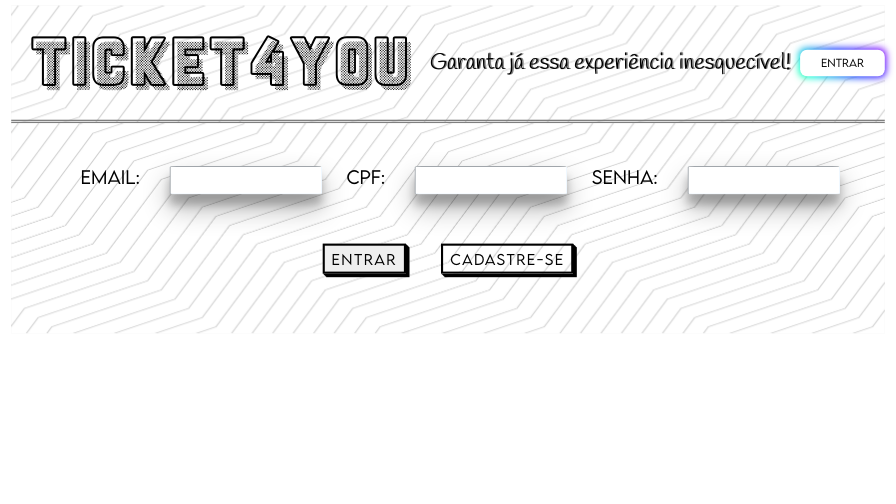
Repository: hellengurgaczz/projeto-DSA
Page: /
An editor plug-in stored every save of this project. The page is shown before and after the next save, followed by the edit.
The browser window is 1280 px wide. The pictures show the whole page, at 70% of full size.
The project was rebuilt for these pictures with package versions that can differ from the ones it lists, and the page was loaded fresh each time. Some packages were replaced by stand-ins written for this rebuild. Also part of the build but not shown: angular.json, src/app/ingressos/templates/cadastrar/cadastrar.component.ts, src/app/models/ingresso.model.ts, src/app/services/ingresso.service.ts, src/app/compra/comprar-ingresso/comprar-ingresso.component.ts, src/app/models/compra.model.ts, src/app/services/compra.service.ts, src/app/ingressos/templates/deletar/deletar.component.ts and 3 more.

Above is the page before, as saved 2022-05-20 11:21:27.

### src/index.html
<!doctype html>
<html lang="en">
<head>
  <meta charset="utf-8">
  <title>ProjetoDSA</title>
  <base href="/">
  <meta name="viewport" content="width=device-width, initial-scale=1">
  <link rel="icon" type="image/x-icon" href="favicon.ico">
</head>
<body>
  <app-root></app-root>
</body>
</html>

### src/app/app.module.ts
import { NgModule } from '@angular/core';
import { BrowserModule } from '@angular/platform-browser';
import { HttpClientModule } from '@angular/common/http';

import { AppRoutingModule } from './app-routing.module';
import { BrowserAnimationsModule } from '@angular/platform-browser/animations';
import { AppComponent } from './app.component';
import { HeaderComponent } from './ingressos/templates/header/header.component';
import { CadastrarComponent } from './ingressos/templates/cadastrar/cadastrar.component';
import { ListarComponent } from './ingressos/templates/listar/listar.component';
import { DeletarComponent } from './ingressos/templates/deletar/deletar.component';
import { EditarComponent } from './ingressos/templates/editar/editar.component';

// imports angular material

import { FormsModule } from '@angular/forms';
import { ComprarIngressoComponent } from './compra/comprar-ingresso/comprar-ingresso.component';
import { LoginComponent } from './login/login.component';
import { LoginCadastroComponent } from './login/login-cadastro/login-cadastro.component';


@NgModule({
  imports: [
    BrowserModule,
    AppRoutingModule,
    HttpClientModule,
    BrowserAnimationsModule,
    FormsModule
  ],
  declarations: [
    AppComponent,
    HeaderComponent,
    CadastrarComponent,
    ListarComponent,
    DeletarComponent,
    EditarComponent,
    ComprarIngressoComponent,
    LoginComponent,
    LoginCadastroComponent
  ],
  providers: [],
  bootstrap: [AppComponent]
})
export class AppModule { }

### src/app/app-routing.module.ts
import { NgModule } from '@angular/core';
import { RouterModule, Routes } from '@angular/router';
import { CadastrarComponent } from './ingressos/templates/cadastrar/cadastrar.component';
import { ComprarIngressoComponent } from './compra/comprar-ingresso/comprar-ingresso.component';
import { DeletarComponent } from './ingressos/templates/deletar/deletar.component';
import { EditarComponent } from './ingressos/templates/editar/editar.component';
import { ListarComponent } from './ingressos/templates/listar/listar.component';
import { LoginComponent } from './login/login.component';
import { LoginCadastroComponent } from './login/login-cadastro/login-cadastro.component';

const routes: Routes = [
  {path: "", component: LoginComponent},
  {path: "cadastrar", component: CadastrarComponent},
  {path: "listar", component: ListarComponent},
  {path: "editar/:id", component: EditarComponent},
  {path: "deletar/:id", component: DeletarComponent},
  {path: "comprar/:id", component: ComprarIngressoComponent},
  {path: "login", component: LoginComponent},
  {path: "login/cadastro", component: LoginCadastroComponent}
];

@NgModule({
  imports: [RouterModule.forRoot(routes)],
  exports: [RouterModule]
})

export class AppRoutingModule { }

### src/app/app.component.ts
import { Component } from '@angular/core';

@Component({
  selector: 'app-root',
  templateUrl: './app.component.html',
  styleUrls: ['./app.component.css']
})
export class AppComponent {
  title = 'projeto-DSA';
}

### src/app/login/login.component.ts
import { Component, OnInit } from '@angular/core';
import { ActivatedRoute, Router } from '@angular/router';
import { Login } from '../models/login.model';
import { LoginService } from '../services/login.service';

@Component({
  selector: 'app-login',
  templateUrl: './login.component.html',
  styleUrls: ['./login.component.css']
})
export class LoginComponent implements OnInit {

  login: Login = new Login();

  constructor(private loginService: LoginService, private router: Router, private route: ActivatedRoute) { }

  ngOnInit(): void {

  }

  verificarLogin() {
    this.loginService.verificarLogin();

    if(this.login && this.login.senha === this.login.senha) {
      this.router.navigate(['/listar']);
    }
  }

}

### src/app/app.component.html
<body>
  <app-header></app-header>

  <main>

    <router-outlet></router-outlet>

  </main>
</body>

### src/app/app.component.css
body {
    background-color: rgba(146, 132, 132, 0.151);
}

### src/app/ingressos/templates/header/header.component.html

<div class="header">
    <div class="titulo">
        <h1 style="font-weight: lighter;">
            TICKET4YOU
        </h1>
        <h4 class="desc">
           Garanta já essa experiência inesquecível!
        </h4>
    </div>
    <div class="login">
        <a routerLink="./login">Entrar</a>
    </div>
</div>

### src/app/ingressos/templates/header/header.component.css
.header {
    display: flex;
    flex-direction: column end;
    background-image: url(../fonts/SL_042620_30310_10.jpg);
    background-size: cover;
    border-bottom: 5px double grey;
}

.titulo {
    display: flex;
    width: 95%;
    align-items: center;
    justify-content: center;
    flex-direction: column end;
    font-size: 25px;
    font-family:AMP;
    margin-left: 15px;
}

.desc{
  font-family: Sacramento;
  font-size: 32px;
  font-weight: normal;
  margin-left: 25px;
  text-shadow: 2px 1px grey;
}

.login {
    display: flex;
    flex-direction: column;
    justify-content: center;
    align-items: center;
}

a{
  padding: 0.6em 2em;
  border: none;
  text-decoration: none;
  font-family: LEMONMILK-Light;
  font-size: 15px;
  outline: none;
  color: rgb(0, 0, 0);
  background: rgb(255, 255, 255);
  cursor: pointer;
  position: relative;
  z-index: 0;
  border-radius: 10px;
  user-select: none;
  -webkit-user-select: none;
  touch-action: manipulation;
}

a::before{
  content: "";
  background: linear-gradient(
    45deg,
    #ff0000,
    #ff7300,
    #fffb00,
    #48ff00,
    #00ffd5,
    #002bff,
    #7a00ff,
    #ff00c8,
    #ff0000
  );
  position: absolute;
  top: -2px;
  left: -2px;
  background-size: 400%;
  z-index: -1;
  filter: blur(5px);
  -webkit-filter: blur(5px);
  width: calc(100% + 4px);
  height: calc(100% + 4px);
  animation: glowing-button-85 20s linear infinite;
  transition: opacity 0.3s ease-in-out;
  border-radius: 10px;
}

a::after{
  z-index: -1;
  content: "";
  position: absolute;
  width: 100%;
  height: 100%;
  background: rgb(255, 255, 255);
  left: 0;
  top: 0;
  border-radius: 10px;
}

@font-face{
  font-family: AMP;
  src:url(../fonts/AMP.ttf)
}

@font-face{
  font-family: LEMONMILK-Light;
  src: url(../fonts/LEMONMILK-Light.otf);
}

@font-face{
  font-family: Sacramento;
  src: url(../fonts/Handlee-Regular.ttf);
}

@keyframes glowing-button-85 {
  0% {
    background-position: 0 0;
  }
  50% {
    background-position: 400% 0;
  }
  100% {
    background-position: 0 0;
  }
}

### src/app/models/login.model.ts
export class Login {
    id: number = 0;
    email?: string;
    senha?: string;
    cpf?: string;
}

### src/app/services/login.service.ts
import { HttpClient } from '@angular/common/http';
import { Injectable } from '@angular/core';
import { ActivatedRoute, Router } from '@angular/router';
import { Observable } from 'rxjs';
import { Login } from '../models/login.model';

@Injectable({
  providedIn: 'root'
})
export class LoginService {

  login: Login = new Login();

  constructor(private http: HttpClient, private router: Router, private route: ActivatedRoute) { }

  URL = "http://localhost:3001/logins";

    buscarLogin(email : String) : Observable<Login>{
      return this.http.get<Login>(this.URL + "/");
    }

    cadastrarLogin(login : Login) : Observable<any> {
      console.log(login)
      return this.http.post(this.URL, login);
    }

    verificarLogin() {
      const email = this.route.snapshot.paramMap.get("email");
      this.buscarLogin(String(email)).subscribe((login) =>{
        this.login = login;
        return login;
      });
    }
}

### src/app/login/login.component.html
<div class="all">
    <label class="email" for="email">Email: </label>
    <input type="text"  name="email" [(ngModel)]="login.email">

    <label class="cpf" for="cpf">CPF: </label>
    <input type="text"  name="cpf" [(ngModel)]="login.cpf">

    <label class="senha" for="senha">Senha: </label>
    <input type="password"  name="email"[(ngModel)]="login.senha">

    <div>
        <button (click)="verificarLogin()">Entrar</button>
        <a routerLink="../login/cadastro">Cadastre-se</a>
    </div>
</div>

### src/app/login/login.component.css
.all{
  font-family: LEMONMILKLight;
  font-size: 25px;
  text-align: center;
  padding: 60px;
  background-image: url(../login/fonts/SL_042620_30310_10.jpg);
  background-size: cover;
}

input{
  padding: 10px;
  border-radius: 5%;
  box-shadow: rgba(0, 0, 0, 0.3) 0px 19px 38px, rgba(0, 0, 0, 0.22) 0px 15px 12px;
  border-color: aliceblue;
  font-family: LEMONMILKLight;
  margin-bottom: 45px;
}

.email, .senha, .cpf{
  margin: 35px;
}


button{
  font-family: LEMONMILKLight;
  font-size: 20px;
  letter-spacing: 2px;
  text-decoration: none;
  text-transform: uppercase;
  color: #000;
  cursor: pointer;
  border: 3px solid;
  padding: 0.25em 0.5em;
  box-shadow: 1px 1px 0px 0px, 2px 2px 0px 0px, 3px 3px 0px 0px, 4px 4px 0px 0px, 5px 5px 0px 0px;
  position: relative;
  user-select: none;
  -webkit-user-select: none;
  touch-action: manipulation;
  margin: 25px;
}

button:active{
  box-shadow: 0px 0px 0px 0px;
  top: 5px;
  left: 5px;
}

a{
  font-family: LEMONMILKLight;
  font-size: 20px;
  letter-spacing: 2px;
  text-decoration: none;
  text-transform: uppercase;
  color: black;
  cursor: pointer;
  border: 3px solid;
  padding: 0.25em 0.5em;
  box-shadow: 1px 1px 0px 0px, 2px 2px 0px 0px, 3px 3px 0px 0px, 4px 4px 0px 0px, 5px 5px 0px 0px;
  position: relative;
  user-select: none;
  -webkit-user-select: none;
  touch-action: manipulation;
  margin: 25px;
}

a:active{
  box-shadow: 0px 0px 0px 0px;
  top: 5px;
  left: 5px;
}

@font-face{
  font-family: LEMONMILKLight;
  src: url(fonts/LEMONMILK-Light.otf);
}

Loaded but not shown: src/styles.css (common file); src/main.ts (common file); src/environments/environment.ts (common file); src/app/ingressos/templates/header/header.component.ts (common file)

After the next save:
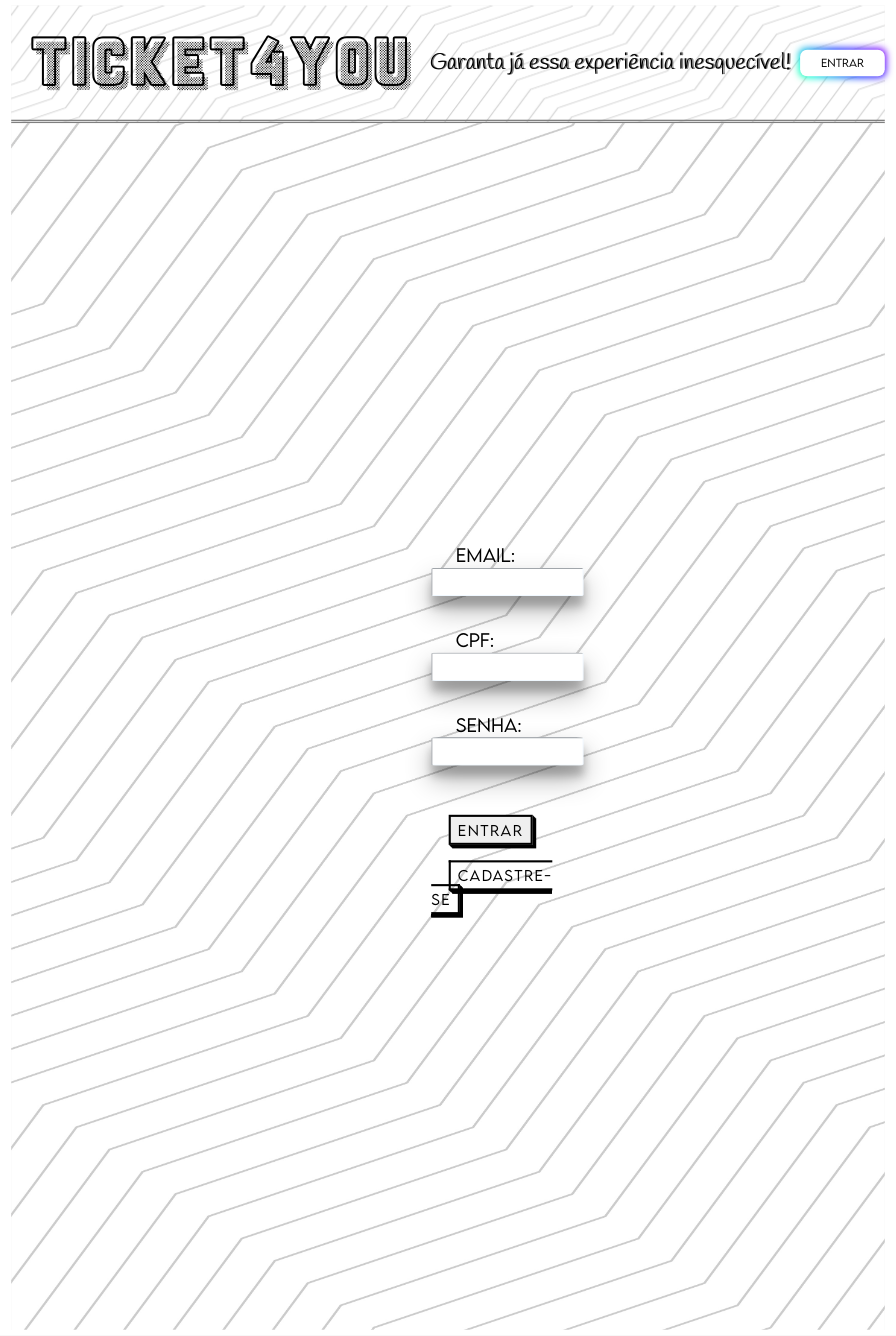
Saved 6 s later.
--- a/src/app/login/login.component.css
+++ b/src/app/login/login.component.css
@@ -2,7 +2,7 @@
   font-family: LEMONMILKLight;
   font-size: 25px;
   text-align: center;
-  padding: 60px;
+  padding: 600px;
   background-image: url(../login/fonts/SL_042620_30310_10.jpg);
   background-size: cover;
 }
